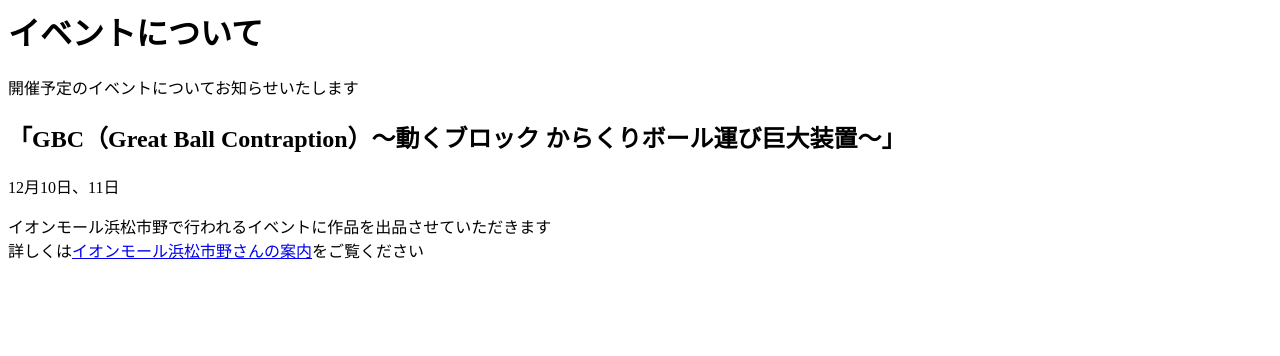
Repository: ghevp/LEGO-club
Page: http://localhost/page/event.php
An editor plug-in stored every save of this project. The page is shown before and after the next save, followed by the edit.
The browser window is 1280 px wide. The pictures show the whole page.
The page is run by PHP 8.4 with error messages shown; the project is at /var/www/html/.

Above is the page before, as saved 2022-11-27 00:46:34.

### page/event.php
<main class="main">

    <h1>イベントについて</h1>
    <p>開催予定のイベントについてお知らせいたします</p>
    <h2>「GBC（Great Ball Contraption）〜動くブロック からくりボール運び巨大装置〜」</h2>
    <p class="date">12月10日、11日  </p>
    <p>イオンモール浜松市野で行われるイベントに作品を出品させていただきます<br>
    詳しくは<a href="https://www.aeon.jp/sc/hamamatsuichino/event/event_e6120_as.html?page=2">イオンモール浜松市野さんの案内</a>をご覧ください
    </p>
</main>

After the next save:
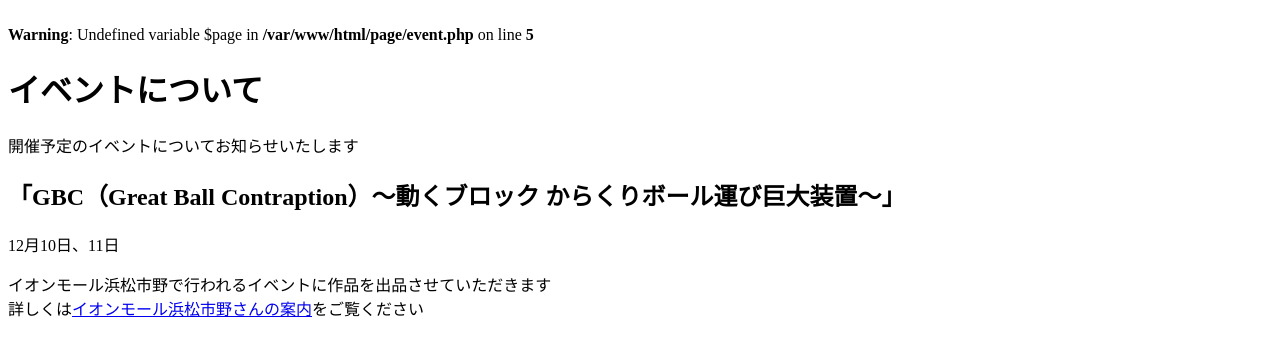
Saved 2 min 49 s later.
--- a/page/event.php
+++ b/page/event.php
@@ -1,5 +1,15 @@
 <main class="main">
-
+<?php
+      date_default_timezone_set('Asia/Tokyo');
+      $month = date("m");
+      if("home"==$page){
+      if ($month==2||$month==3){
+   echo" <img src=","img/fornewstudent.png",">";
+            }else{
+                echo"<img src=","img/otamesi.png",">";
+            };
+      };
+?>
     <h1>イベントについて</h1>
     <p>開催予定のイベントについてお知らせいたします</p>
     <h2>「GBC（Great Ball Contraption）〜動くブロック からくりボール運び巨大装置〜」</h2>
